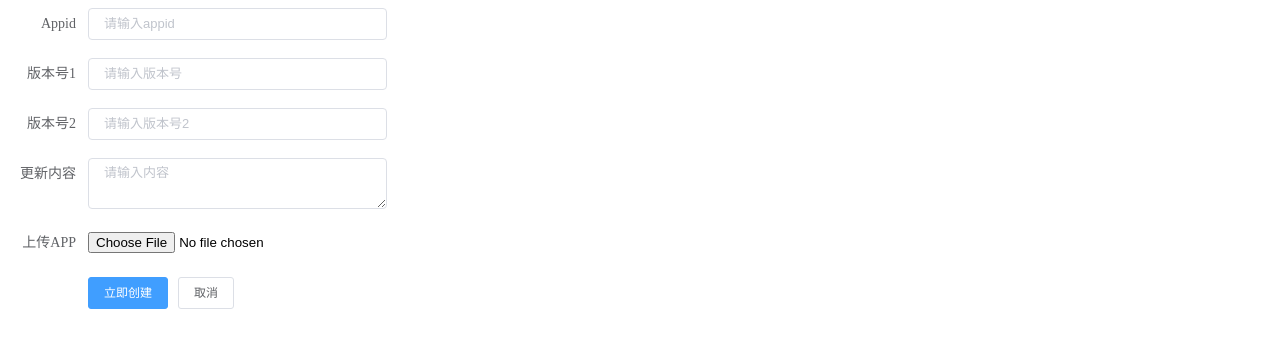
Repository: wfj01/Qmhht
Page: /#/Upload
An editor plug-in stored every save of this project. The page is shown before and after the next save, followed by the edit.
The browser window is 1280 px wide. The pictures show the whole page.
The project was rebuilt for these pictures with package versions that can differ from the ones it lists, and the page was loaded fresh each time. Also part of the build but not shown: src/components/HelloWorld.vue, src/view/msite.vue, src/view/index/index.vue, src/view/index/home/home.vue, src/view/login/login.vue, src/components/add/adduser.vue, src/view/table/table.vue.

Above is the page before, as saved 2021-01-16 16:37:16.
Console error: TypeError: Cannot read properties of undefined (reading 'protocol')

After the next save:
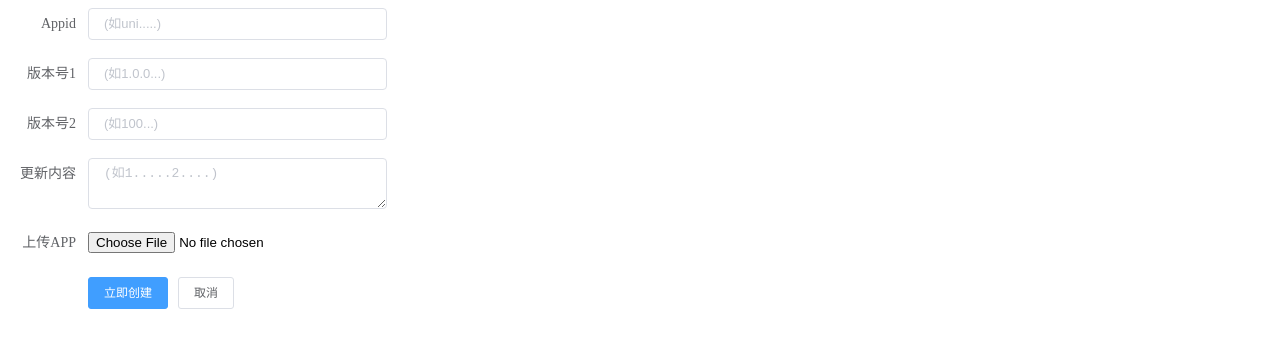
Saved 64 s later.
--- a/src/view/uploadfile/index.vue
+++ b/src/view/uploadfile/index.vue
@@ -1,22 +1,22 @@
 <template>
   <el-form class="elform"  ref="form" :model="form" label-width="80px">
     <el-form-item label="Appid" prop="appid">
-      <el-input v-model="form.appid" placeholder="请输入appid"></el-input>
+      <el-input v-model="form.appid" placeholder="(如uni.....)"></el-input>
     </el-form-item>
     <el-form-item label="版本号1" prop="version">
-      <el-input v-model="form.version" placeholder="请输入版本号"></el-input>
+      <el-input v-model="form.version" placeholder="(如1.0.0...)"></el-input>
     </el-form-item>
     <el-form-item label="版本号2" prop="versionnumber">
       <el-input
         v-model="form.versionnumber"
-        placeholder="请输入版本号2"
+        placeholder="(如100...)"
       ></el-input>
     </el-form-item>
     <el-form-item label="更新内容" prop = 'note' >
       <el-input
         type="textarea"
         :rows="2"
-        placeholder="请输入内容"
+        placeholder="(如1.....2....)"
         v-model="form.note"
         @input="changenote"
       >
